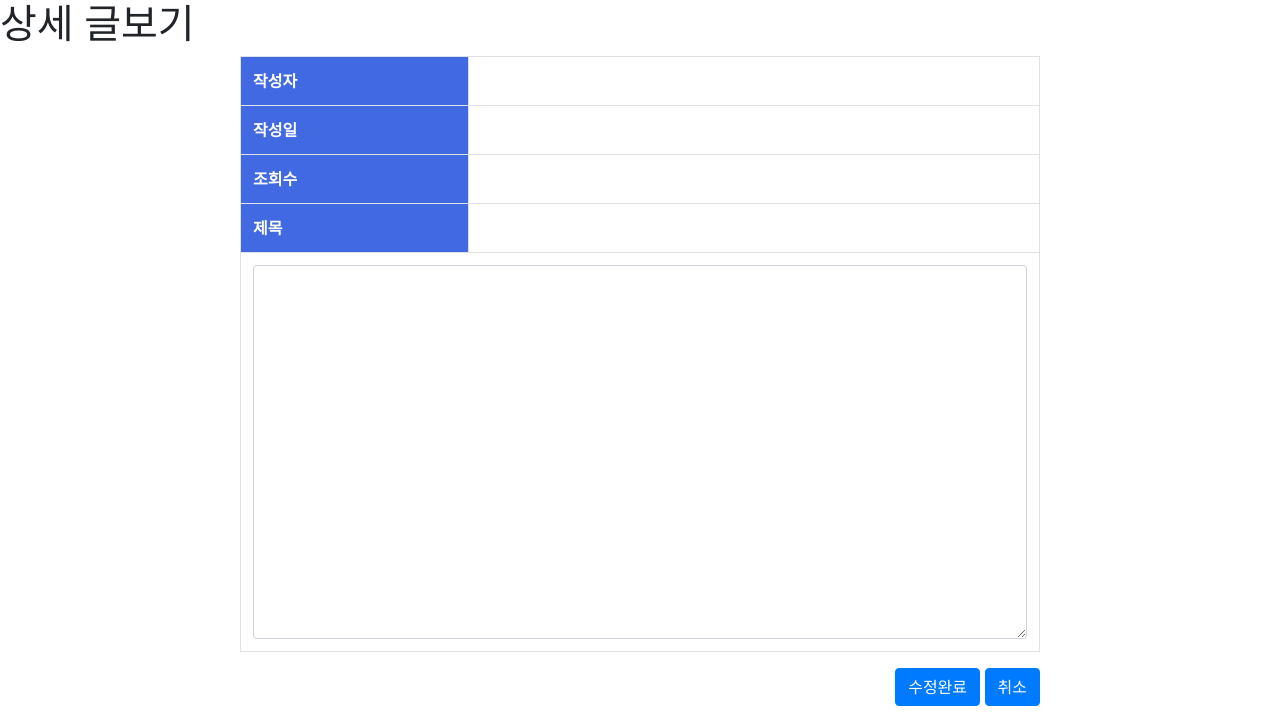
Repository: suhong99/SpringBootFront
Page: FrontSample/src/main/webapp/bbsupdate.html
The author's editor kept a copy of each file at every save. The page is drawn from the files as they stood at one save, then again after the next save.
The browser window is 1280 px wide. The pictures show the whole page.

Above is the page before, as saved 2023-08-04 05:49:27.
Console error: TypeError: Cannot read properties of null (reading 'id')

### FrontSample/src/main/webapp/bbsupdate.html
<!DOCTYPE html>
<html>
<head>
<meta charset="UTF-8">
<title>상세 글보기</title>

<meta name="viewport" content="width=device-width, initial-scale=1">
<link rel="stylesheet" href="https://cdn.jsdelivr.net/npm/bootstrap@4.6.2/dist/css/bootstrap.min.css">
<script src="https://cdn.jsdelivr.net/npm/jquery@3.6.4/dist/jquery.slim.min.js"></script>
<script src="https://cdn.jsdelivr.net/npm/popper.js@1.16.1/dist/umd/popper.min.js"></script>
<script src="https://cdn.jsdelivr.net/npm/bootstrap@4.6.2/dist/js/bootstrap.bundle.min.js"></script>

<script src="https://ajax.googleapis.com/ajax/libs/jquery/3.6.4/jquery.min.js"></script>

<style type="text/css">
.center{
	margin: auto;
	width: 800px;
}
th{
	background: royalblue;
	color: white;
}
</style>

</head>
<body>

<h1>상세 글보기</h1>

<div class="center">

<table class="table table-bordered">
<col width="200"><col width="500">

<tr>
	<th>작성자</th>
	<td id="id"></td>
</tr>
<tr>
	<th>작성일</th>
	<td id="wdate"></td>
</tr>
<tr>
	<th>조회수</th>
	<td id="readcount"></td>
</tr>
<tr>
	<th>제목</th>
	<td id="title"></td>
</tr>
<tr>
	<td colspan="2" style="height: 300px; font-size: 120%">
		<textarea rows="12" style="background-color: #ffffff; font-size: 20px"
cols="15" class="form-control" id="content" ></textarea>
	</td>
</tr>
</table>


<div align="right">

<button type="button" class="btn btn-primary"  id="editButton" onclick="">수정완료</button>

<button type="button" class="btn btn-primary" id="cancleButton" onclick="">취소</button>


</div>

<script type="text/javascript">
const url = new URL(location.href);
const urlParams = url.searchParams;
let seq  = urlParams.get("seq");
const myId= JSON.parse(sessionStorage.getItem("login")).id;
let detailInfo;
$(document).ready(function () {

	$.ajax({
		url:"http://localhost:3000/bbsdetail",
		type:"get",
		data:{seq},
		success:function(detail){
			detailInfo = detail;
			//console.log(detail);
			// 구조 분해 할당
	        const { id, wdate, readcount, title, content } = detail;
	        $("#id").text(id);
	        $("#wdate").text(wdate);
	        $("#readcount").text(readcount);
	        $("#title").text(title);
	        $("#content").val(content);


		},
		error:function(){
			alert('detail error');
		}
	});


});


</script>

</div>

</body>
</html>

After the next save:
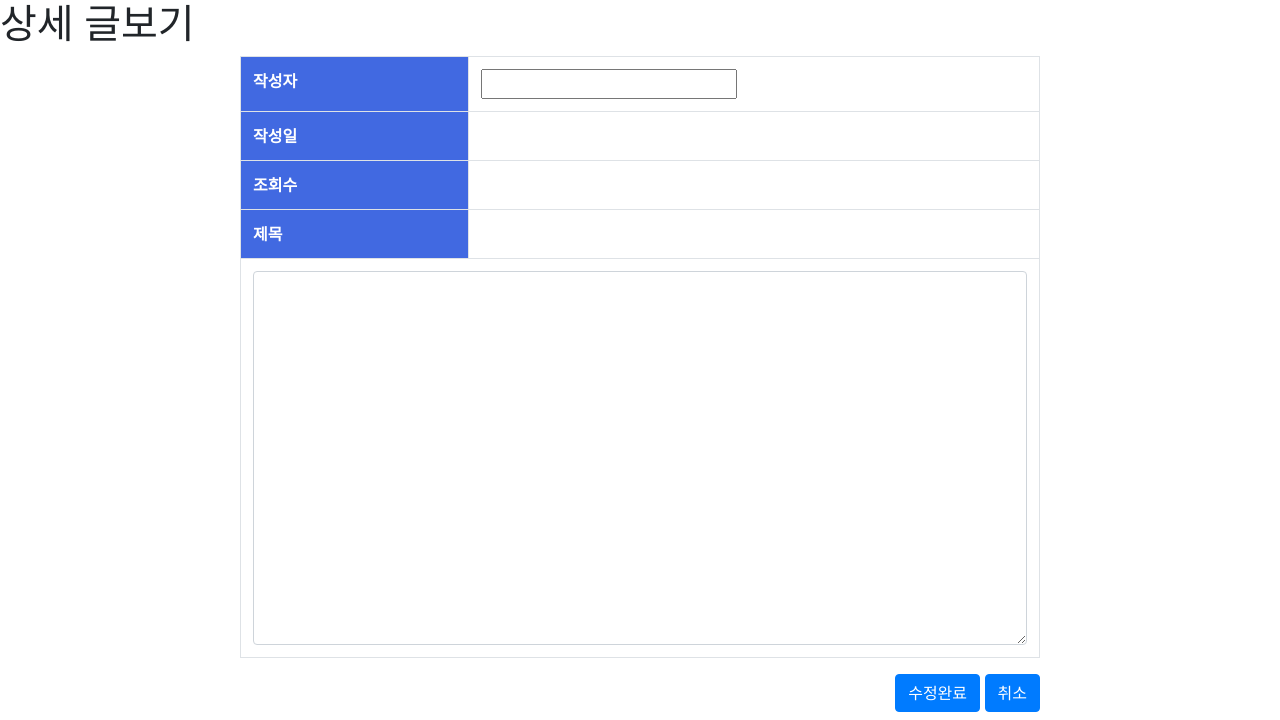
Saved 6 min 52 s later.
--- a/FrontSample/src/main/webapp/bbsupdate.html
+++ b/FrontSample/src/main/webapp/bbsupdate.html
@@ -35,7 +35,7 @@
 
 <tr>
 	<th>작성자</th>
-	<td id="id"></td>
+	<td ><input id="id" value=""/></td>
 </tr>
 <tr>
 	<th>작성일</th>

After the 2 saves that followed:
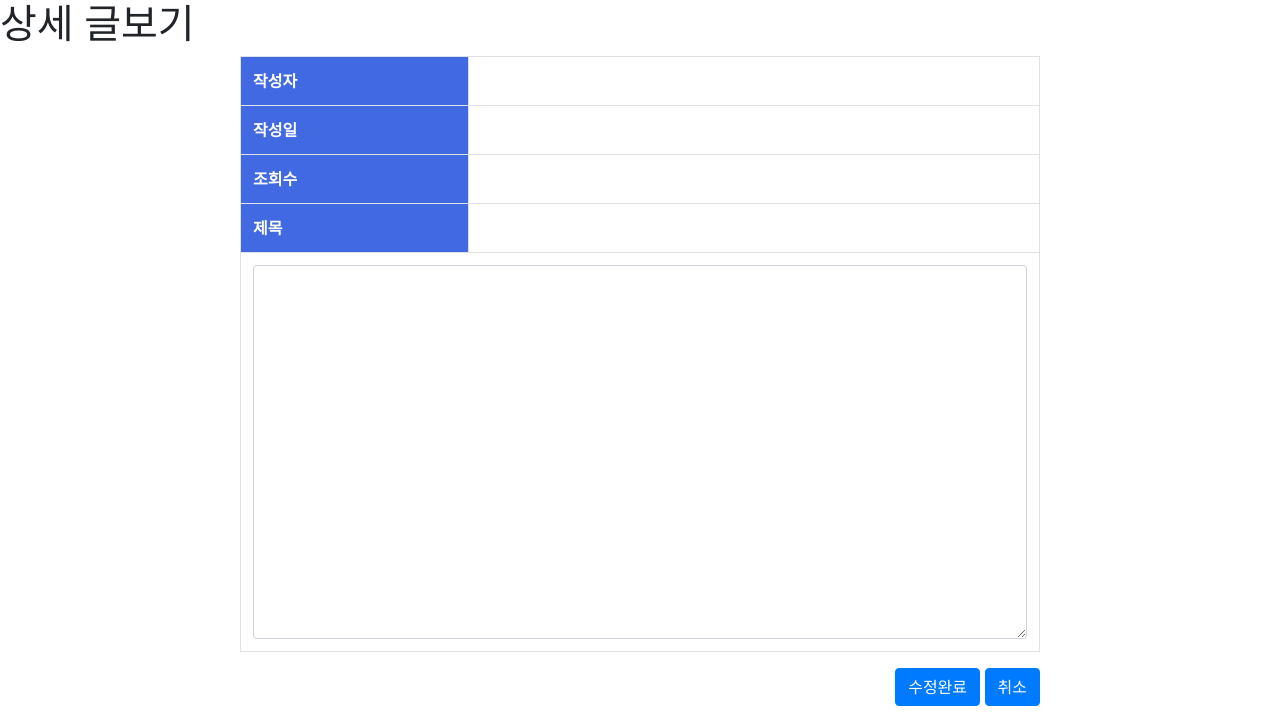
The 2 saves are shown as one change because 1 left the picture as it was.
The last was saved 23 s later.
--- a/FrontSample/src/main/webapp/bbsupdate.html
+++ b/FrontSample/src/main/webapp/bbsupdate.html
@@ -35,7 +35,7 @@
 
 <tr>
 	<th>작성자</th>
-	<td ><input id="id" value=""/></td>
+	<td id="id"></td>
 </tr>
 <tr>
 	<th>작성일</th>
